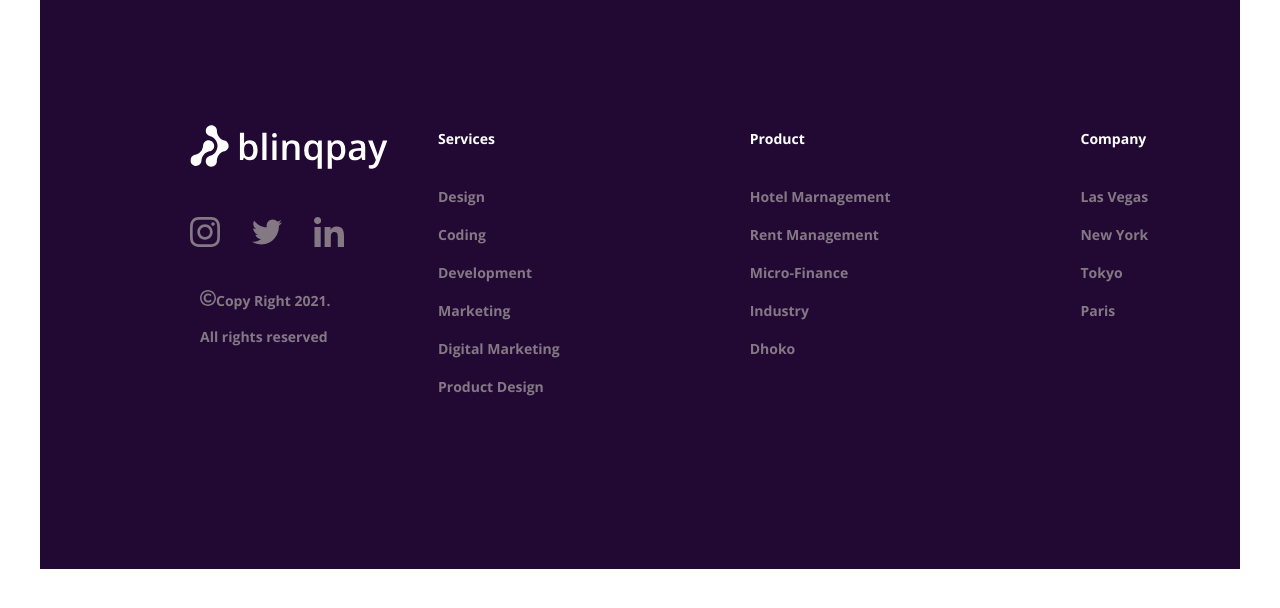
Repository: jabbarbergenoov/mobile-bling-py
Page: idnex.html
An editor plug-in stored every save of this project. The page is shown before and after a run of saves, followed by the edit.
The browser window is 1280 px wide. The pictures show the whole page.

Above is the page before, as saved 2025-04-17 19:09:42.

### idnex.html
<!DOCTYPE html>
<html lang="en">
<head>
    <meta charset="UTF-8">
    <meta name="viewport" content="width=device-width, initial-scale=1.0">
    <title>Document</title>
    <link rel="stylesheet" href="./style/styl.css">
</head>
<body>
    <header class="arslan">

    </header>
    <main>
        <section class="chingiz"></section>
        <section class="ulugbek"></section>
        <section class="bekzad"></section>
        <section class="maftuna"></section>
        <section class="aydos"></section>
    </main>
    <footer class="behruz">
        <div class="container">
            <div class="footer">
                <div class="boxa">
                  <img src="./images/Logo.svg" alt="" class="iimg">
                  <div class="df">
                  <img src="./images/insta.svg" alt="" class="insta">
                  <img src="./images/twiter.svg" alt="" class="twiter">
                  <img src="./images/in.svg" alt="" class="in">
                  </div>
                  <div class="gh">

                  <p class="ssd"><img src="./images/c.svg" alt="" class="iimg2">Copy Right 2021. <br><br>All rights reserved</p>
                  </div>
                </div>
                <div class="boxes">
                <div class="boxb">
                  <h2 class="word">Services</h2>
                  <p class="texts">Design</p>
                  <p class="texts">Coding</p>
                  <p class="texts">Development</p>
                  <p class="texts">Marketing</p>
                  <p class="texts">Digital Marketing</p>
                  <p class="texts">Product Design</p>
                </div>
                <div class="boxb">
                  <h2 class="word">Product</h2>
                  <p class="texts">Hotel Marnagement</p>
                  <p class="texts">Rent Management</p>
                  <p class="texts">Micro-Finance</p>
                  <p class="texts">Industry</p>
                  <p class="texts">Dhoko</p>
                </div>
                <div class="boxb">
                  <h2 class="word">Company</h2>
                  <p class="texts">Las Vegas</p>
                  <p class="texts">New York</p>
                  <p class="texts">Tokyo</p>
                  <p class="texts">Paris</p>
                </div>
                </div>
              </div>
            </div>
    </footer>
</body>
</html>

### style/styl.css
@import url(https://fonts.googleapis.com/css?family=Open+Sans:300,regular,500,600,700,800,300italic,italic,500italic,600italic,700italic,800italic);
* {
    margin: 0;
    padding: 0;
    box-sizing: border-box;
}
.container {
    padding: 0 15;
    width: 1200px;
    margin: 0 auto;
}
.footer {
    height: 689px;
    background: rgb(33, 9, 51);
    position: relative;
    bottom: 120px;
    display: flex;
    gap: 50px;
  }
  .iimg {
    padding-top: 242px;
    padding-left: 150px;
  }
  .df {
    display: flex;
    gap: 32px;
    padding-left: 150px;
    padding-top: 42px;
  }
  .gh {
    display: flex;
    gap: 2px;
    padding-left: 160px;
    padding-top: 43px;
  }

  .ssd {
    color: rgb(133, 120, 133);
    font-size: 14px;
    font-weight: 700;
    line-height: 128.6%;
    letter-spacing: 4%;
    font-family: Open Sans;
  }
  .word {
    color: rgb(255, 255, 255);
    font-size: 14px;
    font-weight: 700;
    line-height: 128.6%;
    letter-spacing: 4%;
    text-align: left;
    padding-bottom: 20px;
    font-family: Open Sans;

  }
  .texts {
    color: rgb(133, 120, 133);
    font-family: Open Sans;
    font-size: 14px;
    font-weight: 700;
    line-height: 128.6%;
    padding-top: 20px;
  }
  .boxb{
    padding-top: 250px;
  }
  .boxes{
    display: flex;
    gap: 190px;

  }

After the next 6 saves:
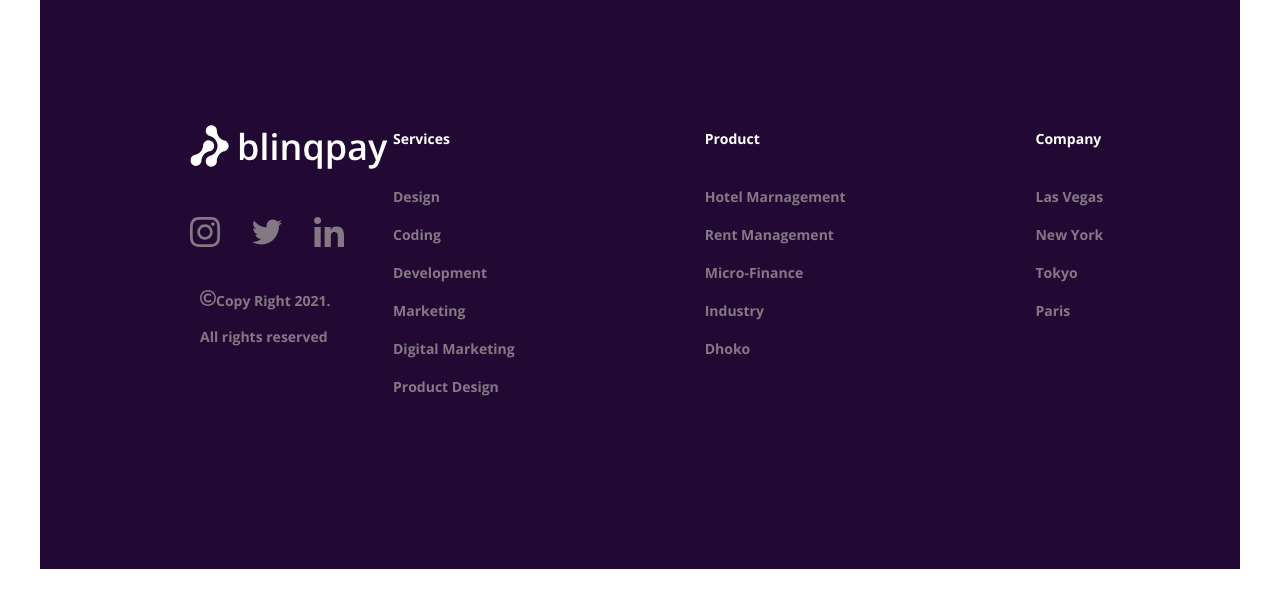
The 6 saves are shown as one change because they came seconds apart.
The last was saved 22 s later.
--- a/style/styl.css
+++ b/style/styl.css
@@ -15,7 +15,7 @@
     position: relative;
     bottom: 120px;
     display: flex;
-    gap: 50px;
+    gap: 5px;
   }
   .iimg {
     padding-top: 242px;
